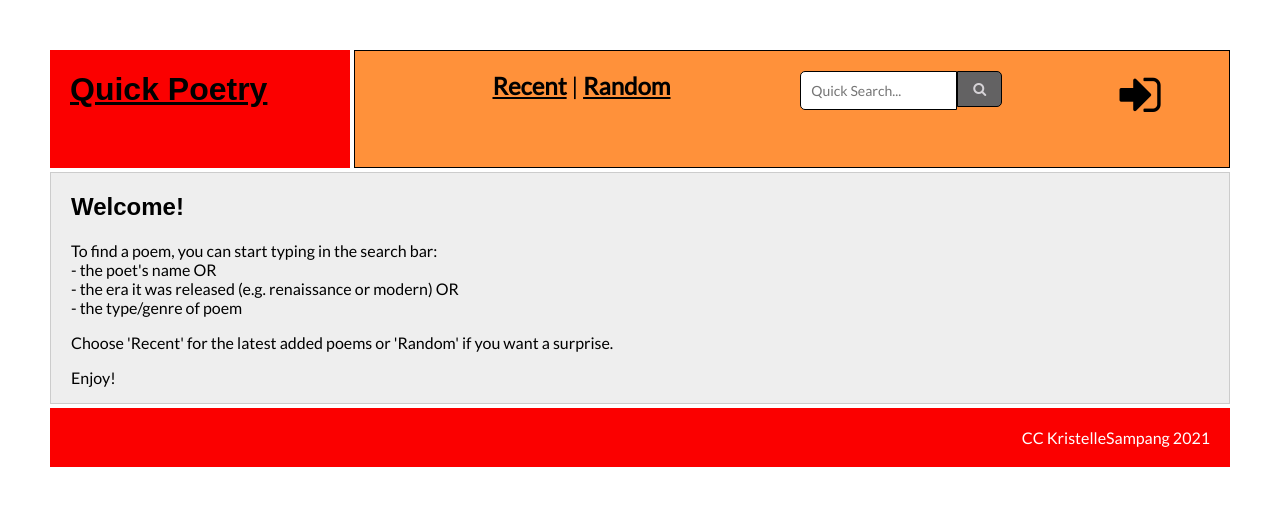
Repository: sampangk71280/Poetry_DB
Page: http://localhost/index.php?page=home
The author's editor kept a copy of each file at every save. The page is drawn from the files as they stood at one save, then again after the next save.
The browser window is 1280 px wide. The pictures show the whole page.
Some web fonts or font styles are not loaded; a fallback is used. The page is run by PHP 8.4 with error messages shown; the project is at /var/www/html/.

Above is the page before, as saved 2021-12-07 13:56:33.

### index.php
<!DOCTYPE HTML>

<?php

session_start();
include("config.php");
include("functions.php");

// connect to database
$dbconnect=mysqli_connect(DB_HOST,DB_USERNAME,DB_PASSWORD, DB_NAME);

if(mysqli_connect_errno()){
    echo "Connection failed:".mysqli_connect_error();
    exit;
}

?>


<html lang="en">

<?php include("content/head.php"); ?>

<body>

    <div class="wrapper">

            <?php include("content/heading_navigation.php") ?>

        <div class="box main">

                <?php

                if(!isset($_REQUEST['page'])) {
                    include("content/home.php");
                } // end of if includes home page

                else {
                    // prevents users from navigating through file system
                    $page=preg_replace('/[^0-9a-zA-Z]-/', '', $_REQUEST['page']);
                    include("content/$page.php");

                } // end of else that includes requested content

                ?>

        </div>    <!-- / main -->

        <?php include("content/footer.php"); ?>

    </div>  <!-- / wrapper  -->

</body>

### config.php
<?php

ini_set('display_errors', 'On');  // change to 'Off' when live

define ("DB_NAME","sampangk71280_L3_Poetry");
define ("DB_USERNAME","_sampangk71280");
define ("DB_PASSWORD","QANbMDYSVME7gpyR");
define ("DB_HOST","localhost");

?>

### functions.php
<?php

// function to 'clean' data
function test_input($data) {
	$data = trim($data);
	$data = htmlspecialchars($data); //  needed for correct special character rendering
	return $data;
}


// entity is subject, country, occupation etc
function autocomplete_list($dbconnect, $item_sql, $entity)
{
// Get entity / topic list from database
$all_items_query = mysqli_query($dbconnect, $item_sql);
$all_items_rs = mysqli_fetch_assoc($all_items_query);

// Make item arrays for autocomplete functionality...
while($row=mysqli_fetch_array($all_items_query))
{
  $item=$row[$entity];
  $items[] = $item;
}

$all_items=json_encode($items);
return $all_items;

}


// function to get subject, country & career ID's
function get_ID($dbconnect, $table_name, $column_ID, $column_name, $entity)
{

    if($entity=="")
    {
        return 0;
    }


    // get entity ID if it exists
    $findid_sql = "SELECT * FROM $table_name WHERE $column_name LIKE '$entity'";
    $findid_query = mysqli_query($dbconnect, $findid_sql);
    $findid_rs = mysqli_fetch_assoc($findid_query);
    $findid_count=mysqli_num_rows($findid_query);

    // If subject ID does exists, return it...
    if($findid_count > 0) {
        $find_ID = $findid_rs[$column_ID];
        return $find_ID;
    }   // end if (entity existed, ID returned)


    else {
        $add_entity_sql = "INSERT INTO $table_name ($column_ID, $column_name) VALUES (NULL, '$entity');";
        $add_entity_query = mysqli_query($dbconnect, $add_entity_sql);

    $new_id_sql = "SELECT * FROM $table_name WHERE $column_name LIKE '$entity'";
    $new_id_query = mysqli_query($dbconnect, $new_id_sql);
    $new_id_rs = mysqli_fetch_assoc($new_id_query);

    $new_id = $new_id_rs[$column_ID];

    return $new_id;

    }   // end else (entity added to table and ID returned)

} // end get ID function


function get_rs($dbconnect, $sql)
{
    $find_sql = $sql;
    $find_query = mysqli_query($dbconnect, $find_sql);
    $find_rs = mysqli_fetch_assoc($find_query);

    return $find_rs;
}


function country_job($dbconnect, $entity_1, $entity_2, $label_sg, $label_pl, $table, $entity_ID, $entity_name)
{

    $all_entities = array($entity_1, $entity_2);
    // loop through items and look up their values...

    // Counts # of countries that without ID zero...
    $num_entities = count(array_filter($all_entities));


    if ($num_entities == 1)
    {
    echo "<b>".$label_sg."</b>: ";
    }

    else { echo "<b>".$label_pl."</b>: ";}

    foreach ($all_entities as $entity) {

    $entity_sql = "SELECT * FROM $table WHERE $entity_ID = $entity";
    $entity_query = mysqli_query($dbconnect, $entity_sql);
    $entity_rs = mysqli_fetch_assoc($entity_query);

    if ($entity != 0) {

    ?>


    <span class="author_entity tag"><?php echo $entity_rs[$entity_name]; ?> </span> &nbsp;

    <?php

    } // end entity if

    // break reference with the last element as per the manual
    unset($entity);

    }

}

?>

### content/head.php
<head>
    <meta charset="UTF-8">
    <meta name="description" content="Site featuring poetry from famous authors">
    <meta name="keywords" content="quotes, famous, author, writer, sportsman,
    political activist, sayings, poetry">
    <meta name="author" content="Kristelle Sampang">
    <meta name="viewport" content="width=device-width, initial-scale=1.0">

    <title>Quick Poetry</title>

    <!-- Edit the link below / replace with your chosen google font -->
    <link href="https://fonts.googleapis.com/css?family=Lato%7cUbuntu" rel="stylesheet">

    <!-- Edit the name of your style sheet - 'foo' is not a valid name!! -->
    <link rel="stylesheet" href="theme/quick_poetry.css">
        <link rel="stylesheet" href="theme/font-awesome.min.css">

</head>

### content/heading_navigation.php

        <div class="box banner">


            <h1><a class="heading" href = "index.php?page=home">Quick Poetry</a></h1>
        </div>    <!-- / banner -->

        <!-- Navigation goes here.  Edit BOTH the file name and the link name -->
        <div class="box nav">

            <div class="linkwrapper">
                <div class="commonsearches">
                    <a href="index.php?page=recent">Recent</a> |
                    <a href="index.php?page=random">Random</a>
                </div>  <!-- / common searches -->

                 <div class="topsearch">

                    <!-- Quick Search -->
                    <form method="post" action="index.php?page=quick_search"
                    enctype="multipart/form-data">

                        <input class="search quicksearch" type="text"
                        name="quick_search" width="40" value="" required placeholder="Quick Search..." />

                        <input class="submit" type="submit" name="find_quick" value="&#xf002;" />

                    </form>     <!-- / quick search -->

                </div>  <!-- / top search -->

                <div class="topadmin">

                <?php

                    if (isset($_SESSION['admin'])) {

                    ?>

                    <a href="index.php?page=../admin/new_poem" title="Add a quote"><i class="fa fa-plus fa-2x"></i></a>

                    &nbsp; &nbsp;

                    <a href="index.php?page=../admin/logout" title="Log Out">
                        <i class="fa fa-sign-out fa-2x"></i>
                    </a>

                    <?php
                    } // end user if logged in if

                    else {
                        ?>

                    <a href="index.php?page=../admin/login" title="Log In">
                        <i class="fa fa-sign-in fa-2x"></i>
                    </a>

                    <?php // end of login else
                    }

                    ?>


                </div>  <!-- / top admin -->

            </div>  <!--- / link wrapper -->

        </div>    <!-- / nav -->

### content/home.php
<h2>Welcome!</h2>

            <p>
                To find a poem, you can start typing in the search bar: <br/>
                - the poet's name OR <br/>
                - the era it was released (e.g. renaissance or modern) OR <br/>
                - the type/genre of poem
            </p>

            <p>
                Choose 'Recent' for the latest added poems or 'Random' if you want a surprise.
            </p>

            <p>
                Enjoy!
            </p>

### content/footer.php
<div class="box footer">
            CC KristelleSampang 2021
        </div>    <!-- / footer -->

### theme/quick_poetry.css
body {
    margin: auto;
    padding: 50px;
    color: #000;
    font-family: 'Lato', sans-serif;
}

/* Box (for corners & padding) */
.box {
    padding-left: 20px;
    /* border-radius: 10px; */
    background-color: #ddd;
}


/* Set up grids... specifics */

/*  #### Grid for Main page #### */


.wrapper {
    display: grid;
    grid-template-columns: 300px 1fr;
    grid-template-rows: auto;
    grid-template-areas:
        "banner nav"
        "main main"
        "footer footer";
        grid-gap: 4px;

}
@media only screen and (max-width: 1100px){
    .wrapper{
    grid-template-columns: auto;
    grid-template-rows: auto;
    grid-template-areas:
        "banner"
        "nav"
        "main"
        "footer";
    }
}
.banner {
    grid-area: banner;
}

.nav {
    grid-area: nav;
    background-color: #ff913a;  /* orange  */
    font-size: 150%;
    padding: 20px;
    vertical-align: middle;
    border: solid 1px;
}

.main {
    grid-area: main;
    background-color: #eee;  /* very pale grey */
    border: solid 1px #CCC;
}


.footer {
    grid-area: footer;
    text-align: right;
    padding: 20px;
}

/*  #### Grid for Navigation area page #### */

.linkwrapper {
    display: grid;
    grid-template-columns: 3fr 2fr 1fr;
    grid-template-areas:
        "commonsearches topsearch topadmin";
    grid-gap: 4px;
}


.commonsearches {
    grid-area: commonsearches;
    text-align: center;
}

.topsearch {
    grid-area: topsearch;
    text-align: right;
    width: 60%;
}

.topadmin {
    grid-area: topadmin;
    text-align: center;
}

/* Make navigation responsive */

@media only screen and (max-width: 800px){
    .linkwrapper{
        grid-template-columns: auto;
        grid-template-rows: auto;
        grid-template-areas:
            "commonsearches commonsearches"
            "topsearch topadmim";
    }

    .commonsearches{
        text-align: left;
    }

    .topsearch{
        text-align: left;
    }

    .topadmin {
        text-align: right;
    }
}

/* ### Additional div styling (put colours / corners here) */


/* Area colouring... */

/* logo, banner and footer background are the same */
.banner, .footer {
    background-color: #fb0000;  /* bold red */
}

/* Set font on dark areas to white */
.logo, .banner, .side, .footer {
    color: #fff;
}

/* #### Links Styling  #### */

/* Navigation Links */
a.topnav {font-weight: bold;}
a.topnav:link, a.topnav:visited {color: #007c72;} /*dark teal */
a.topnav:hover {color: #707a00; text-decoration: none;}


/* links in page */
a {font-weight: bold;}
a:link{color: #000;} /* white */
a:visited{color: rgb(73, 73, 73);} /* black */
a:hover{color: white;}

/* #### Headings / text styling #### */
h1, h2, h3, h4 {
    font-family: 'Ubuntu', sans-serif;
}

h5 {
    font-family: 'Ubuntu', sans-serif;
    font-weight: bold;
    font-size: 16px;
}

.sub_heading {
    font-family: 'Ubuntu', sans-serif;
    color: #593849; /* purple */
    font-weight: bold;
}

/* ### Form / Search  Styling #### */

form {
    width: 100%;
    float: left;
}

.search {
    background:#fff;
    width: 75%;
}

.submit::-moz-focus-inner {
    border: 0;
    position: relative;
}


.submit {
    font-family: FontAwesome, 'Helvetica Neue', Helvetica, Arial, sans-serif;
    position:relative;
    width: 45px;
    font-size: 14px;

    left: 45px;
    top: -40px;

    background-color: #636263;
    color:#d6d3d7;
    border: 1px solid #000;
    border-radius: 0 5px 5px 0;
    display: inline-block;
    padding: 10px;
}


input[type="submit"]:hover {
    background-color: #000;
}


input {
    font-size: 14px;
    padding: 10px;
    display: inline-block;
    border: 1px solid #000;
    box-sizing: border-box;
}


.quicksearch {
    border-radius: 5px 0 0 5px;
    display: inline-block;
    position: relative;
}

/* ### Results styling, includes 'tags' button ### */
.results{
    background-color:#D2D2D2;
    border: solid 1px #000;
    padding: 10px;

    margin-right: 20px;
    border-radius: 20px;
}

.tag{
    background-color: #ff913a ;  /* orange like heading*/
    padding: 5px;
    padding-left: 10px;
    padding-right: 10px;
    border: solid 1px #000;
    border-radius: 5px;
}
.authortag{
    background-color: #FFA660; /* orange */
    padding: 5px;
    padding-left: 10px;
    padding-right: 10px;
    border: solid 1px #000;
    border-radius: 5px;
}

.deletetag{
    background-color: #FFA660 ;
    padding: 5px;
    padding-left: 10px;
    padding-right: 10px;
    border: solid 1px #000;
    border-radius: 5px;
}

.deletetagno{
    background-color: #ff4646 ;
    padding: 5px;
    padding-left: 10px;
    padding-right: 10px;
    border: solid 1px #000;
    border-radius: 5px;
}

.about{
    background: #FFEC00; /* yellow */
    border: solid 1px #E9D800; /* yellow but slightly darker*/
    padding: 10px;
    border-radius: 10px;
    margin-right: 20px;
}

.error{
    background-color:  #ffcece;
    color: #721a1a;
    border-radius: 10px;
    padding: 10px;
    border: solid 1px #721a1a;

}

/* editing tools formatting */
.edit-tools {
    text-align: right;
    padding-right: 20px;
}

/* Form Formatting css */

/* make height of drop downs slightly larger */
select {
    height: 40px;
    padding: 5px;
}

/* controls input field on autocomplete boxes (pink for error,
white for OK) */

input.tag-error[type=text]{
    background-color: #ff9e9e;
}

input.tag-ok[type=text]{
    background-color: #fff;

}

/* field backgrounds */
.form-ok{
    background-color: #fff;

}

.form-error{
    background-color: #ff9e9e;
}

/* error messages */
.no-error {
    display: none;
}

.error-text{
    color: darkred;
}

textarea,
input[type=text] {
    font-family: 'Lato', sans-serif;
    padding: 10px;
    border-width: 1px;
    margin: auto;
    width: 95%;
}

.add-field {
    width: 95%;
}

textarea {
    width: 90%;
    max-width: 700px;
}

Loaded but not shown: theme/font-awesome.min.css (library)

After the next save:
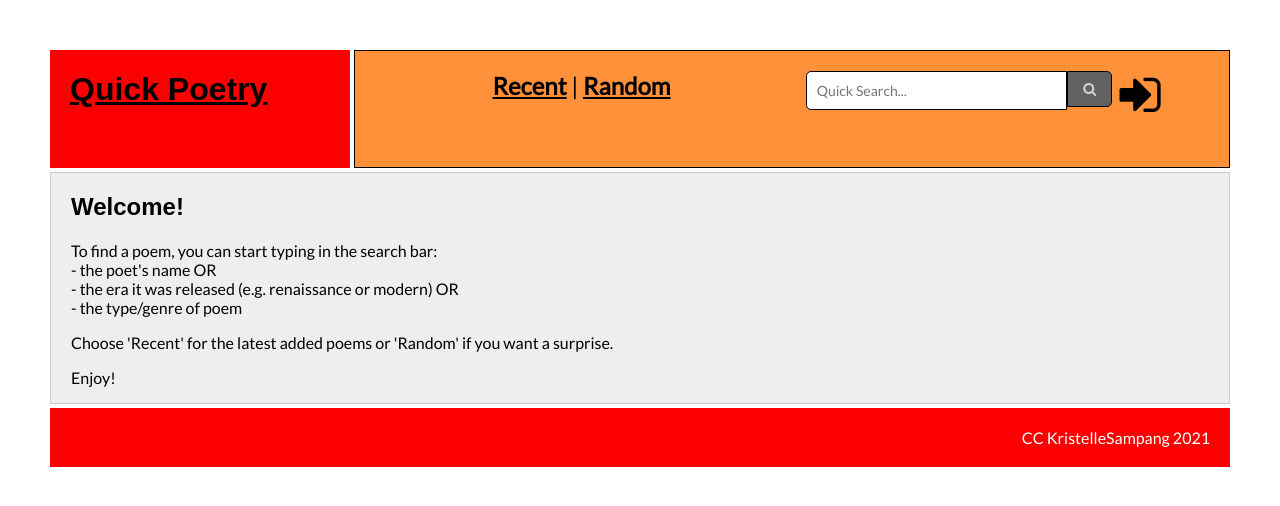
Saved 2 min 7 s later.
--- a/theme/quick_poetry.css
+++ b/theme/quick_poetry.css
@@ -85,7 +85,6 @@ body {
 .topsearch {
     grid-area: topsearch;
     text-align: right;
-    width: 60%;
 }
 
 .topadmin {
